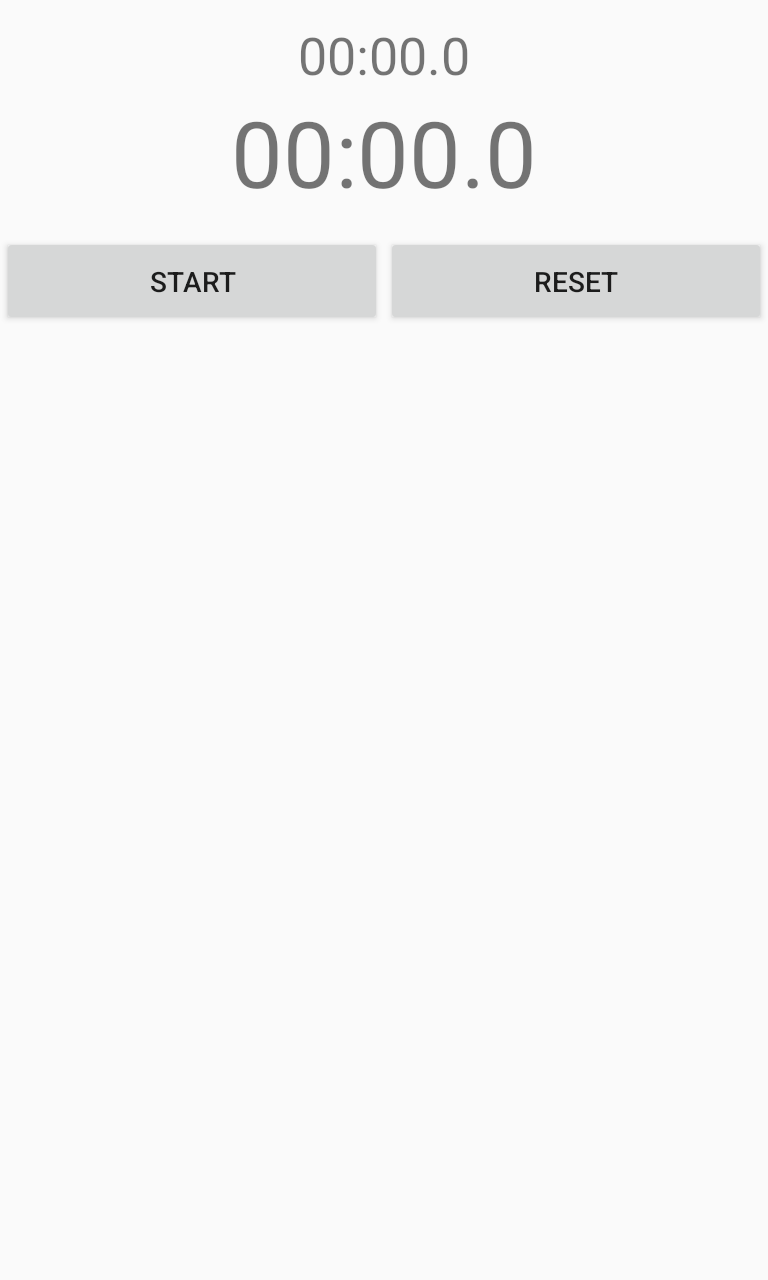
Repository: GitDidNotExitCleanly/AndroidTimer
Layout: G54MDP_Stopwatch/res/layout/fragment_stopwatch.xml
An editor plug-in stored every save of this project. The layout is shown before and after the next save, followed by the edit.
It is drawn on a 768 x 1280 px phone screen (xhdpi) without system bars, with theme AppTheme; the app's code is not run. Lists and similar views that code fills are empty.

Above is the layout before, as saved 2015-03-07 01:32:04.

### G54MDP_Stopwatch/res/layout/fragment_stopwatch.xml
<?xml version="1.0" encoding="utf-8"?>
<LinearLayout xmlns:android="http://schemas.android.com/apk/res/android"
    android:layout_width="match_parent"
    android:layout_height="match_parent"
    android:gravity="center_horizontal"
    android:orientation="vertical" >

        <LinearLayout
            android:layout_width="fill_parent"
            android:layout_height="wrap_content"
            android:layout_weight="0.5"
            android:gravity="center_horizontal"
            android:orientation="vertical" >

	        <TextView
	            android:id="@+id/smallTime"
	            android:layout_width="wrap_content"
	            android:layout_height="wrap_content"
	            android:text="00:00.0"
	            android:textSize="@dimen/stopwatch_small_time"
	            android:layout_marginTop="10dip" />

	        <TextView
	            android:id="@+id/largeTime"
	            android:layout_width="wrap_content"
	            android:layout_height="wrap_content"
	            android:text="00:00.0"
	            android:textSize="@dimen/stopwatch_large_time" />

	        <LinearLayout
	            android:layout_width="match_parent"
	            android:layout_height="wrap_content"
	            android:gravity="center_horizontal"
	            android:orientation="horizontal"
	            android:layout_marginTop="10dip" >

	            <Button
	                android:id="@+id/start_stop"
	                android:layout_width="wrap_content"
	                android:layout_height="wrap_content"
	                android:layout_weight="1"
	                android:text="Start" />

	            <Button
	                android:id="@+id/reset_lap"
	                android:layout_width="wrap_content"
	                android:layout_height="wrap_content"
	                android:layout_weight="1"
	                android:text="Reset" />

	        </LinearLayout>
    </LinearLayout>

    <ListView
        android:id="@+id/timeList"
        android:layout_width="fill_parent"
        android:layout_height="wrap_content"
        android:layout_gravity="center_horizontal"
        android:layout_weight="0.3" >

    </ListView>

</LinearLayout>

### G54MDP_Stopwatch/res/values/dimens.xml
<resources>

    <!-- Default screen margins, per the Android Design guidelines. -->
    <dimen name="activity_horizontal_margin">16dp</dimen>
    <dimen name="activity_vertical_margin">16dp</dimen>
	<dimen name="stopwatch_small_time">26sp</dimen>
    <dimen name="stopwatch_large_time">46sp</dimen>

</resources>

Loaded but not shown: G54MDP_Stopwatch/res/values/styles.xml (common file); G54MDP_Stopwatch/res/values-v11/styles.xml (common file); G54MDP_Stopwatch/res/values-v14/styles.xml (common file)

After the next save:
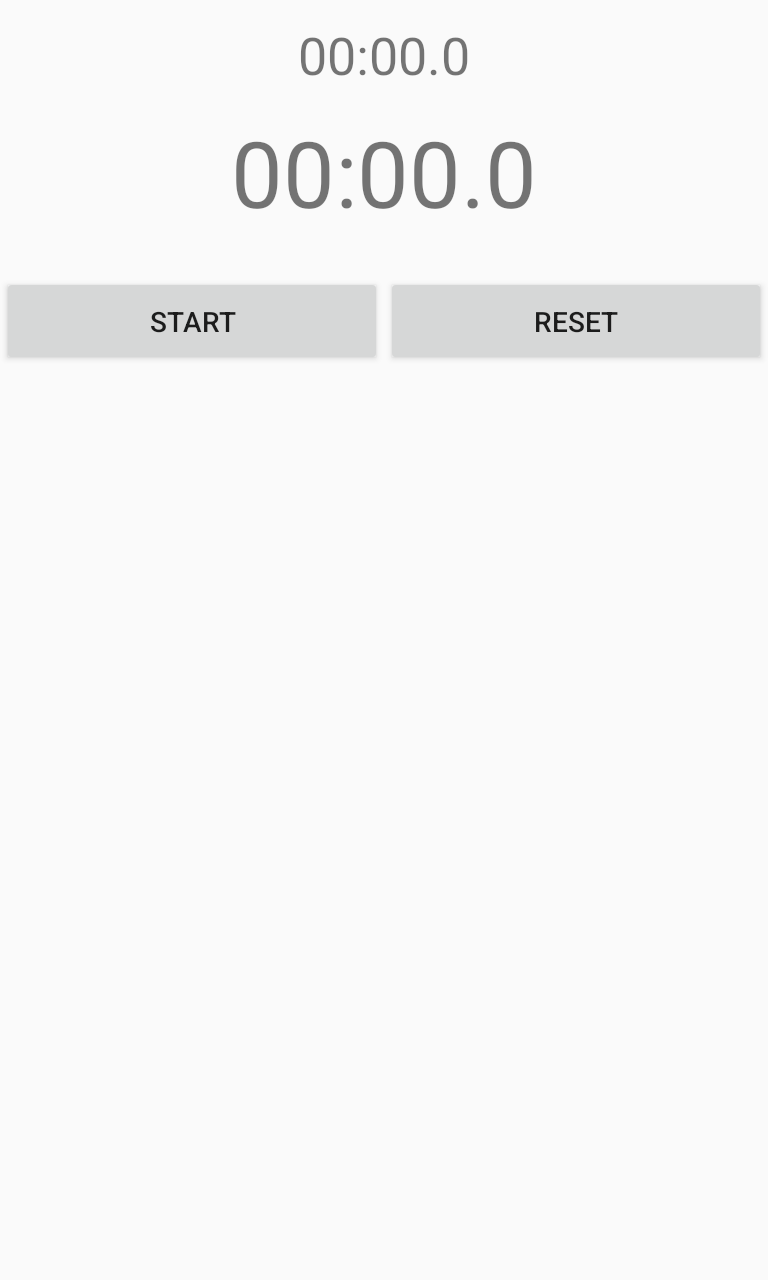
Saved 2 min 56 s later.
--- a/G54MDP_Stopwatch/res/layout/fragment_stopwatch.xml
+++ b/G54MDP_Stopwatch/res/layout/fragment_stopwatch.xml
@@ -18,14 +18,17 @@
 	            android:layout_height="wrap_content"
 	            android:text="00:00.0"
 	            android:textSize="@dimen/stopwatch_small_time"
-	            android:layout_marginTop="10dip" />
+	            android:paddingTop="10dip"
+	            android:paddingBottom="5dip" />
 
 	        <TextView
 	            android:id="@+id/largeTime"
 	            android:layout_width="wrap_content"
 	            android:layout_height="wrap_content"
 	            android:text="00:00.0"
-	            android:textSize="@dimen/stopwatch_large_time" />
+	            android:textSize="@dimen/stopwatch_large_time"
+	            android:paddingTop="5dip"
+	            android:paddingBottom="10dip" />
 
 	        <LinearLayout
 	            android:layout_width="match_parent"
